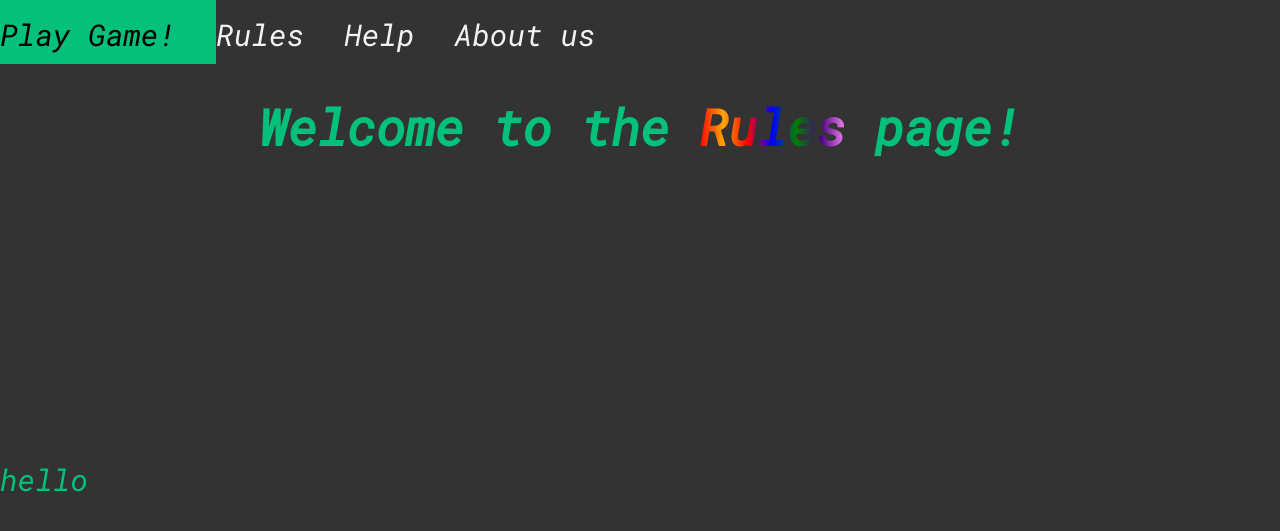
Repository: Ascendrospyder/rock-paper-scissors
Page: rulesPage.html
An editor plug-in stored every save of this project. The page is shown before and after the next save, followed by the edit.
The browser window is 1280 px wide. The pictures show the whole page.

Above is the page before, as saved 2022-12-26 12:04:41.

### rulesPage.html
<!DOCTYPE html>
<html lang="en">
<head>
    <meta charset="UTF-8">
    <meta http-equiv="X-UA-Compatible" content="IE=edge">
    <meta name="viewport" content="width=device-width, initial-scale=1.0">
    <title>Rules</title>
    <link rel="preconnect" href="https://fonts.googleapis.com"><link rel="preconnect" href="https://fonts.gstatic.com" crossorigin><link href="https://fonts.googleapis.com/css2?family=Roboto+Mono:ital@1&display=swap" rel="stylesheet">
    <link rel = "stylesheet" href="./css/style.css">
    <link rel = "stylesheet" href="./css/navbar.css">
</head>
<body>
    <nav>
        <div class = "nav-bar">
          <a class = "play-game" href = "app.html">Play Game!</a>
          <a class = "game-rules" href = "rulesPage.html">Rules</a>
          <a class = "help" href = "helpPage.html">Help</a>
          <a class = "about" href= "aboutPage.html">About us</a>
        </div>
      </nav>

    <div class = "title">
        <h1 class = "heading">Welcome to the <span class = "multicoloured-text">Rules</span> page!</h1>
    </div>

    <div class = "rules-list">
        <ol>
            <li class = "prompt-message">hello</li>

        </ol>
    </div>
</body>
</html>

### css/style.css
/* The following code will remove the whitespace at the top of the browser */
* {
  margin: 0;
  padding: 0;
  border: 0;
  outline: 0;
  font-size: 100%;
  vertical-align: baseline;
  background: transparent;
}

body {
  background-color: #333;
}

.title {
  margin-bottom: 100px;
  display: flex;
  justify-content: center;
  align-items: center;
  margin-bottom: 300px;
}

.heading {
  font-size: 50px;
  color : #03c07b;
  font-family: 'Roboto Mono', monospace;
}

.multicoloured-text {
  background-image: linear-gradient(to left, violet, indigo, green, blue, red, orange, red);
  -webkit-background-clip: text;
  -moz-background-clip: text;
  background-clip: text;
  color: transparent;
}

.prompt {
  /* border : 2px solid black;  */
  display : flex;
  justify-content: flex-start;
  margin-bottom: 20px;
}

.prompt-message {
  font-size: 30px;
  color : #03c07b;
  font-family: 'Roboto Mono', monospace;
}
.results {
  border: 5px solid rgb(40, 40, 40);
  flex-wrap: wrap;
  display : flex;
  justify-content: space-between;
  margin-bottom: 15px;
}


.results > button {
  flex : 1 1 0;
  background-color: #333;
  color: white;
  font-size: 30px;
  font-family: 'Roboto Mono', monospace;
  transition: background-color 0.3s;
}

button {
  padding-top: 40px;
  padding-bottom: 40px;
}

button:hover {
  background-color: #03c07b;
  color: black;
}

### css/navbar.css
.nav-bar {
  /* border : 10px solid black;  */
  background-color : #333;
  overflow: hidden;
  margin-bottom: 30px;
  /* padding-left: 20px; */
}

.nav-bar a {
  font-family: 'Roboto Mono', monospace;
  text-decoration: none;
  float : left;
  color : #f2f2f2;
  text-align: center;
  font-size: 30px;
  padding-right: 40px;
  padding-top: 15px;
  padding-bottom: 10px;
  transition: background-color 0.8s;
}

.nav-bar a:hover {
  background-color: #03c07b;
  color: black;
}

.nav-bar a:active {
  background-color: #03c07b;
  color : white;
}

After the next save:
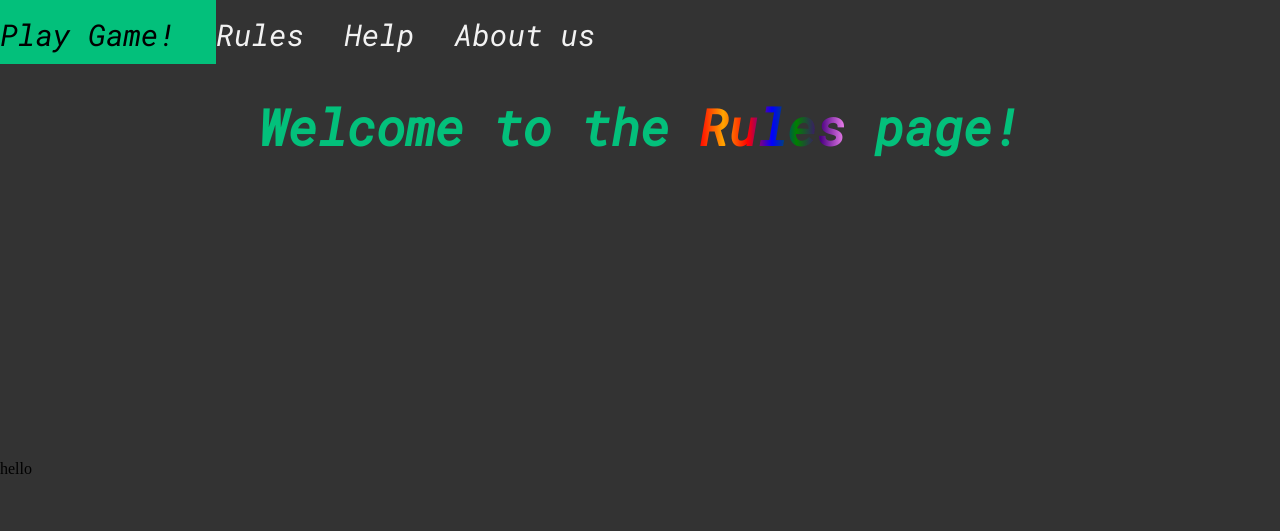
Saved 10 s later.
--- a/rulesPage.html
+++ b/rulesPage.html
@@ -25,7 +25,7 @@
 
     <div class = "rules-list">
         <ol>
-            <li class = "prompt-message">hello</li>
+            <li>hello</li>
 
         </ol>
     </div>
